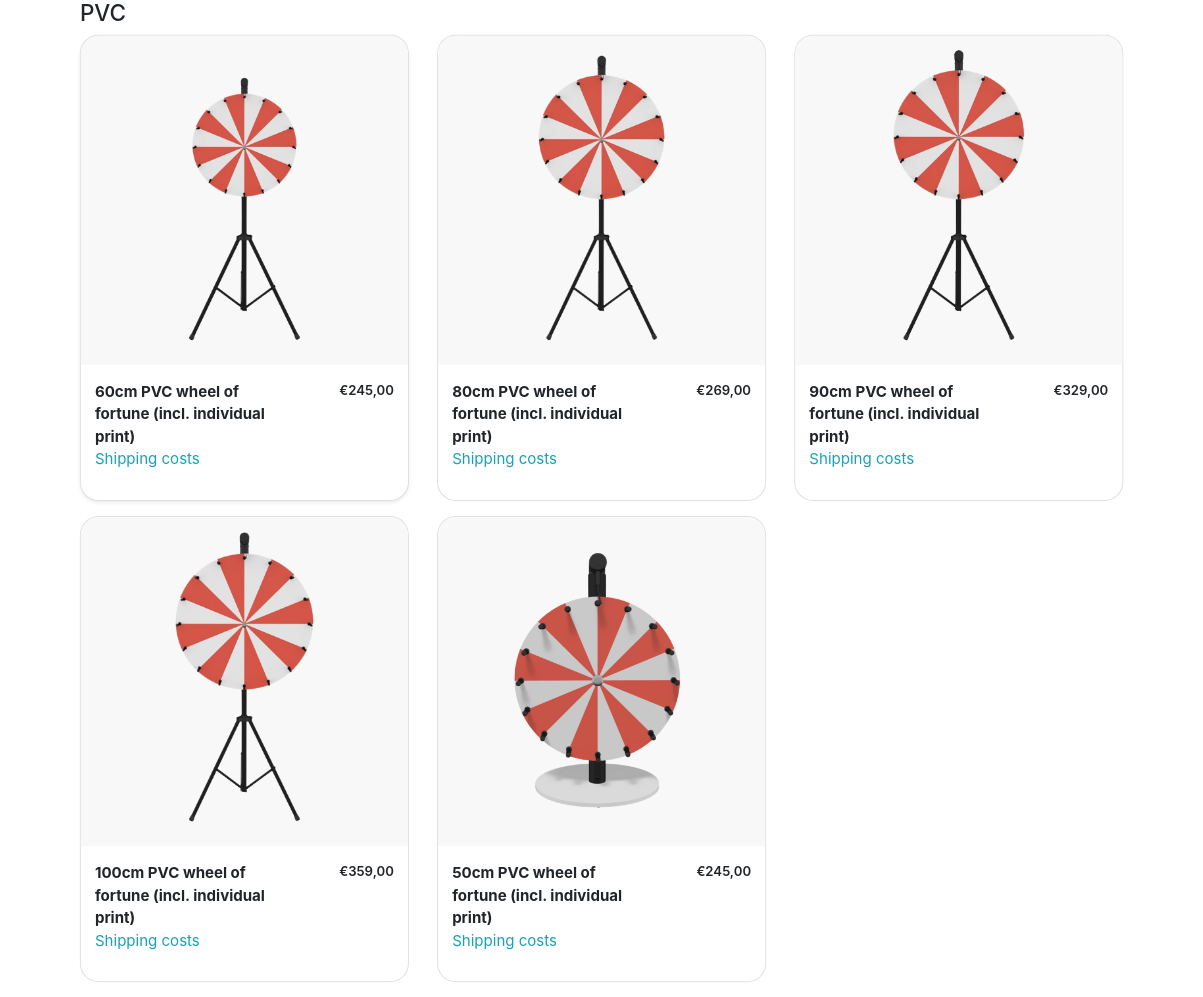
Repository: Awaisp-irfan/fahad-project
Page: pvc.html
These files come from the project's save history. The page is drawn as it stood at one moment and after the next save; the edit follows.
The browser window is 1280 px wide. The pictures show the whole page, at 94% of full size.

Above is the page before, as saved 2022-06-30 09:35:33.

After the next save:
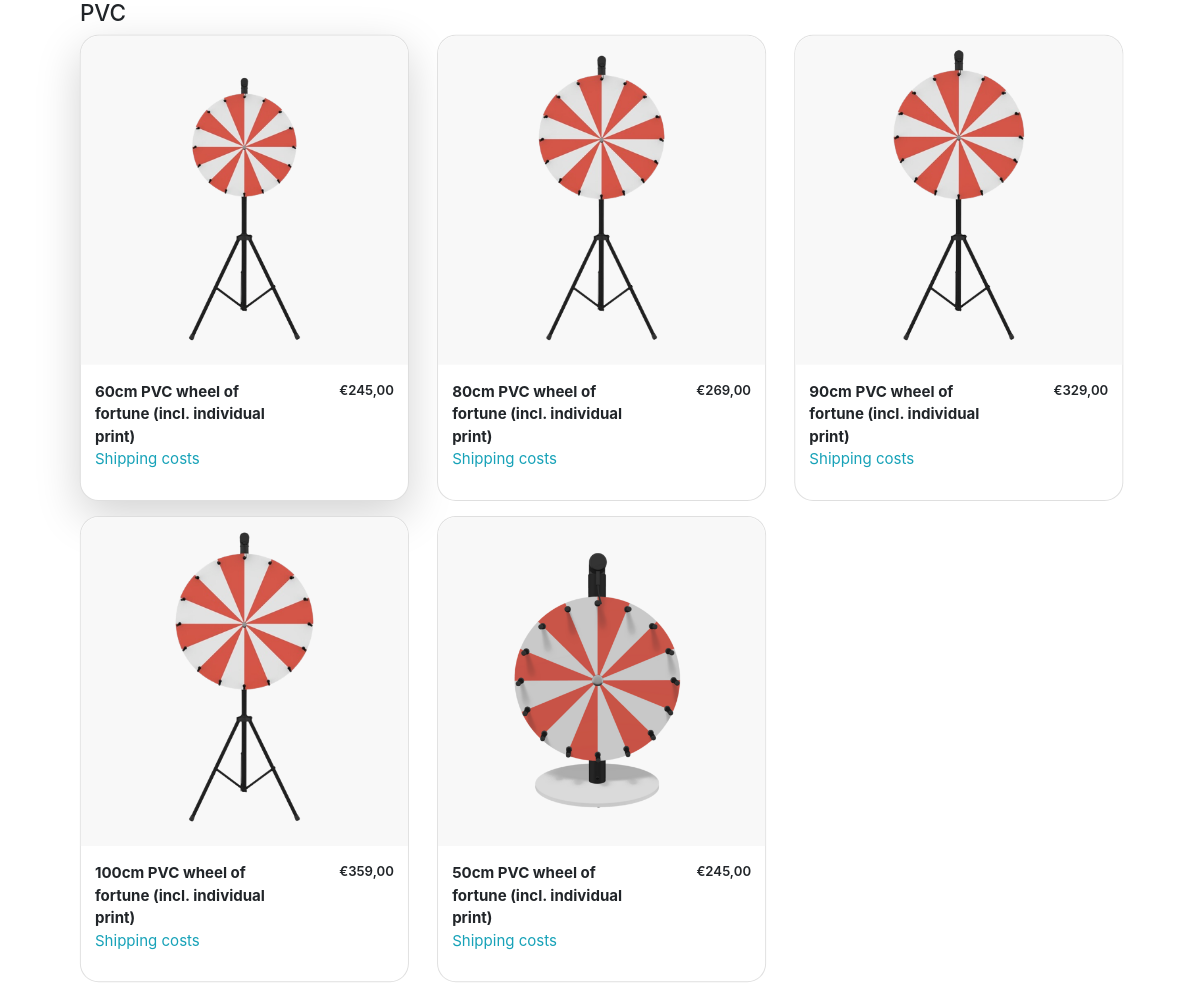
Saved 10 s later.
--- a/pvc.html
+++ b/pvc.html
@@ -24,7 +24,7 @@
 
       <div class="row">
         <div class="col-lg-4 col-md-6 col-12 mb-3 ">
-          <div class="card shadow-sm">
+          <div class="card shadow-lg">
             <div class="img-div">
               <div class="cm60-img"></div>
             </div>

After the save that followed:
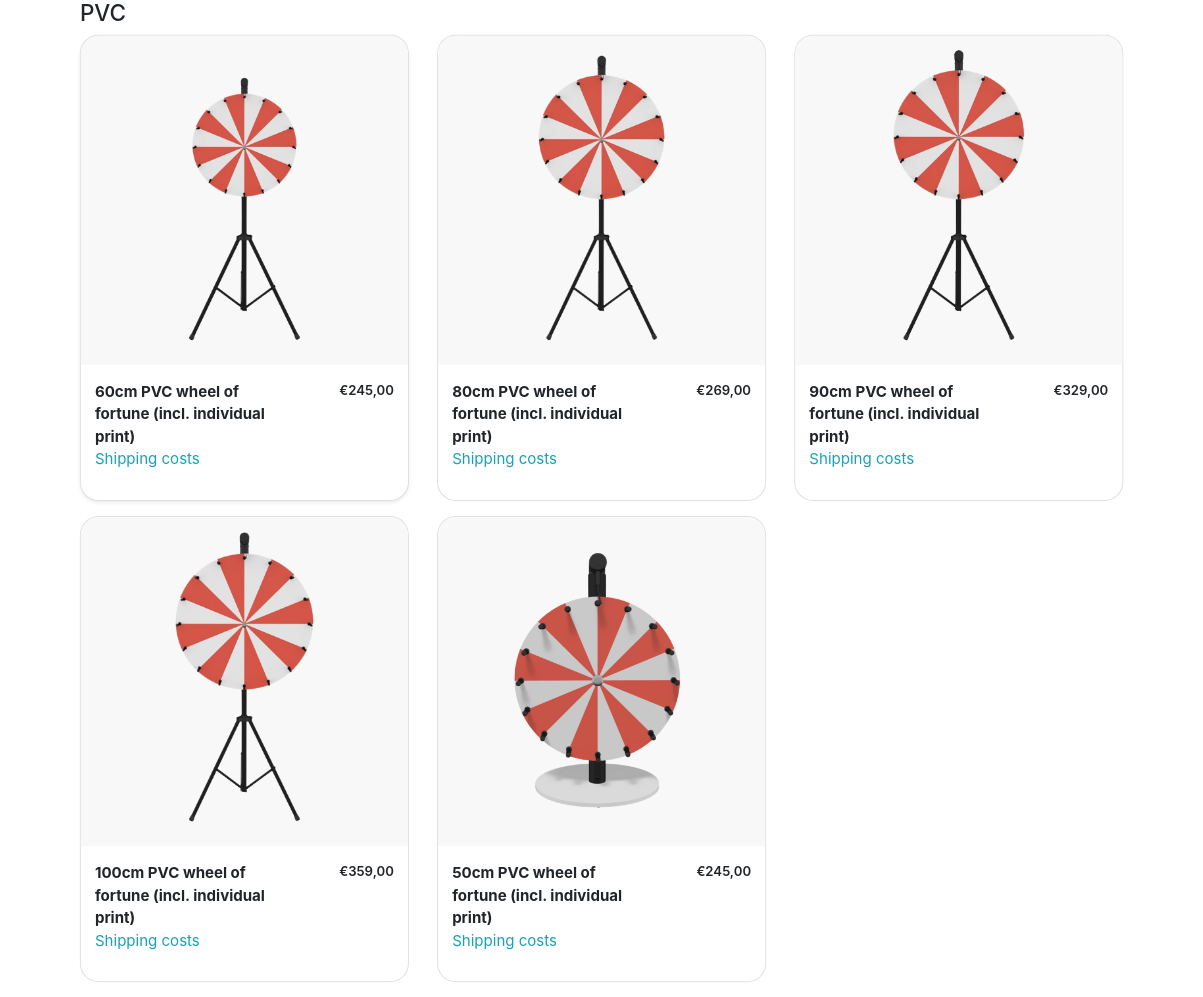
Saved 11 s later.
--- a/pvc.html
+++ b/pvc.html
@@ -24,7 +24,7 @@
 
       <div class="row">
         <div class="col-lg-4 col-md-6 col-12 mb-3 ">
-          <div class="card shadow-lg">
+          <div class="card shadow-sm">
             <div class="img-div">
               <div class="cm60-img"></div>
             </div>
